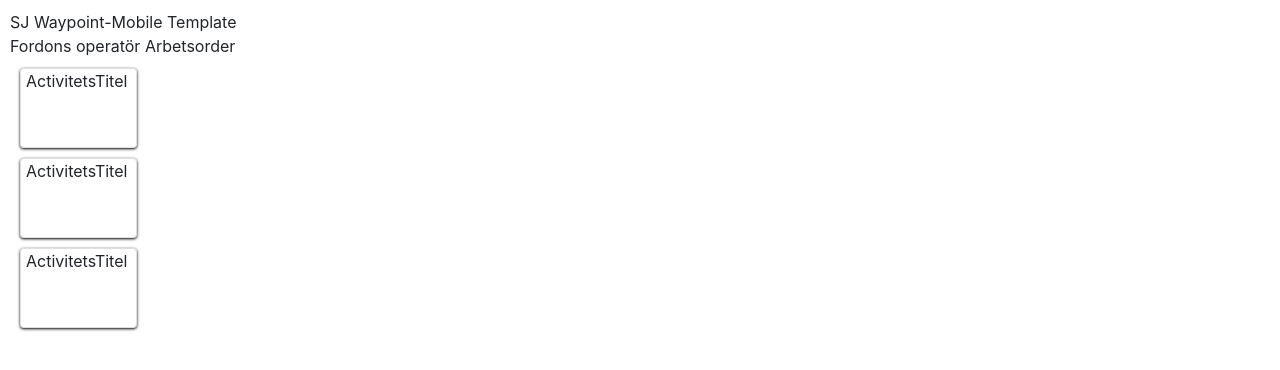
Repository: AdrianaLarsson/yarn-next-typescript
Page: /
An editor plug-in stored every save of this project. The page is shown before and after a run of saves, followed by the edit.
The browser window is 1280 px wide. The pictures show the whole page.
The project was rebuilt for these pictures with package versions that can differ from the ones it lists, and the page was loaded fresh each time. The framework's server and built-in components were replaced by stand-ins that run in the browser.

Above is the page before, as saved 2021-02-28 11:50:03.

### pages/_app.tsx
// Functionality
import type { AppProps } from 'next/app';
import Head from 'next/head';

// Styling
import 'bootstrap/dist/css/bootstrap.min.css';
import GlobalStyle from '../styles/Globals';
import { sjTheme } from '../styles/Theme';
import { ThemeProvider } from 'styled-components';

// Utils
import GlobalContext from '../components/particles/GlobalContext';

function MyApp({ Component, pageProps }: AppProps): JSX.Element {
  return (
    <>
      <Head>
        <title>SJ Template uhdiuasuasuash</title>
        <meta
          name="viewport"
          content="initial-scale=1.0, width=device-width"
          key="viewport"
        />
        <link rel="favicon" href="/favicon.ico" />
      </Head>
      <GlobalStyle />
      <ThemeProvider theme={sjTheme}>
        <GlobalContext.Provider value={'Context test value'}>
          <Component {...pageProps} />
        </GlobalContext.Provider>
      </ThemeProvider>
    </>
  );
}

export default MyApp;

### pages/index.tsx
// Functionality
import { GetServerSideProps, GetServerSidePropsContext } from 'next';
import VehicleOpreator from '../components/WorkOrderVehicleOperator/vehicleopreator';
import GlobalStyle from '../styles/Globals'
interface serverSideProps {
  dummyPropsValue: string;
}

const Index = (props: serverSideProps): JSX.Element => {
  return (
    <div>
      <main>
        <div>SJ Waypoint-Mobile Template</div>
        <VehicleOpreator/>
        <div>
        </div>
      </main>
    </div>
  );
};

export const getServerSideProps: GetServerSideProps = async (
  context: GetServerSidePropsContext
) => {
  return {
    props: {
      dummyPropsValue: context.resolvedUrl
    }
  };
};

export default Index;

### styles/Globals.ts
import { createGlobalStyle } from 'styled-components';

export default createGlobalStyle`
    body,
    container {
      padding: 10px;
      display: center;
      flex-direction: column;
      align-items: center;
    },
    html {
        padding: 0;
        margin: 0;
        font-family: "-apple-system", "BlinkMacSystemFont", "Segoe UI", "Roboto",
            "Oxygen", "Ubuntu", "Cantarell", "Fira Sans", "Droid Sans", "Helvetica Neue",
            "sans-serif";
        height: 1px;
        margin: auto;
    }
    a {
        color: inherit;
        text-decoration: none;
    }
    * {
        -webkit-box-sizing: border-box;
        box-sizing: border-box;
    }
`;

### styles/Theme.ts
import { DefaultTheme } from 'styled-components';

const sjTheme: DefaultTheme = {
  colors: {
    main: 'black',
    secondary: 'gray'
  }
};

export { sjTheme };

### components/particles/GlobalContext.tsx
import { createContext } from 'react';

const GlobalContext = createContext(null);

export default GlobalContext;

### components/WorkOrderVehicleOperator/vehicleopreator.tsx
import React from 'react'
import StyledCard from '../organisms/Card/Card'

function vehicleOpreator() {
    return (
        <div>
            Fordons operatör Arbetsorder
         <StyledCard>
             ActivitetsTitel
         </StyledCard>
         <StyledCard>
             ActivitetsTitel
         </StyledCard>
         <StyledCard>
             ActivitetsTitel
         </StyledCard>
        </div>
    )
}

export default vehicleOpreator

### components/organisms/Card/Card.tsx
//Components
import Card from 'react-bootstrap/Card';
//Packages
import styled from 'styled-components/'
import px2vw from '../../../styles/px2vw';

const StyledCard = styled(Card)`
display: flex;
width: ${px2vw(280, 330)};
height: 5em;
margin: 10px;
padding-left: 5px;
background-color: rgba(0,0,0,0.0);
box-shadow: 0 1px 3px 0 rgba(0,0,0, 1.5);
border-radius: 4px;
@media (min-width: 1024px) {
    width: ${px2vw(11, 120)};
  }
`;
export default StyledCard;

Loaded but not shown: styles/px2vw.tsx (common file)

After the next 8 saves:
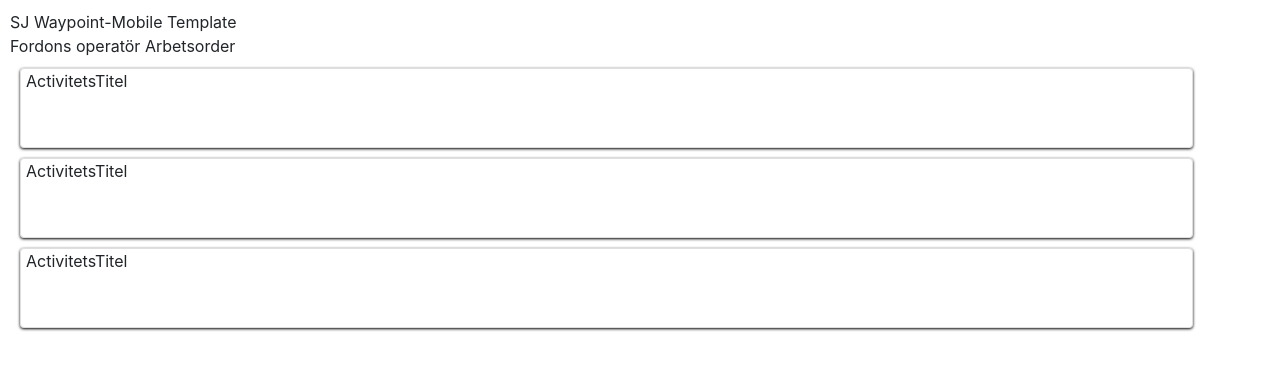
The 8 saves are shown as one change because they came seconds apart.
The last was saved 15 s later.
--- a/components/organisms/Card/Card.tsx
+++ b/components/organisms/Card/Card.tsx
@@ -6,7 +6,7 @@ import px2vw from '../../../styles/px2vw';
 
 const StyledCard = styled(Card)`
 display: flex;
-width: ${px2vw(280, 330)};
+width: ${px2vw(280, 320)};
 height: 5em;
 margin: 10px;
 padding-left: 5px;
@@ -14,7 +14,7 @@ background-color: rgba(0,0,0,0.0);
 box-shadow: 0 1px 3px 0 rgba(0,0,0, 1.5);
 border-radius: 4px;
 @media (min-width: 1024px) {
-    width: ${px2vw(11, 120)};
+    width: ${px2vw(110, 120)};
   }
 `;
 export default StyledCard;
